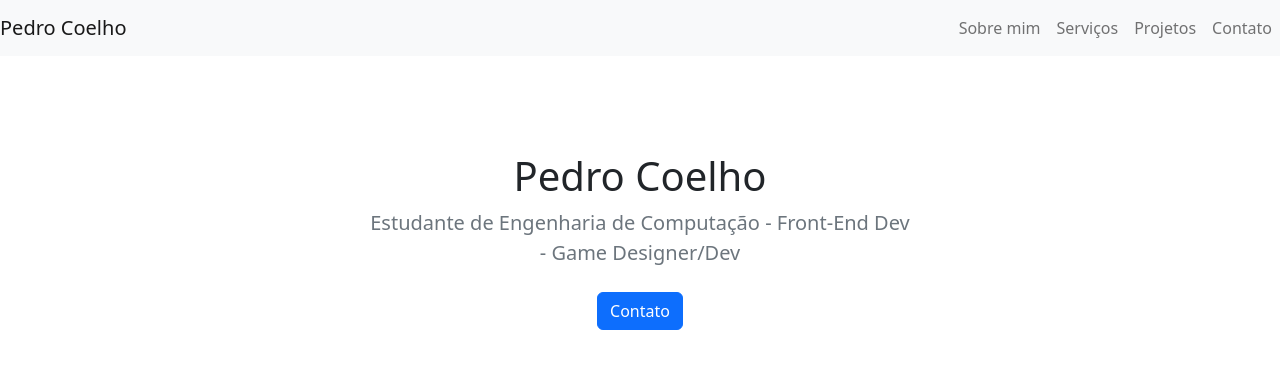
Repository: PedroHQCoelho/portfolio
Page: index.html
An editor plug-in stored every save of this project. The page is shown before and after the next save, followed by the edit.
The browser window is 1280 px wide. The pictures show the whole page.

Above is the page before, as saved 2022-05-24 19:07:46.

After the next save:
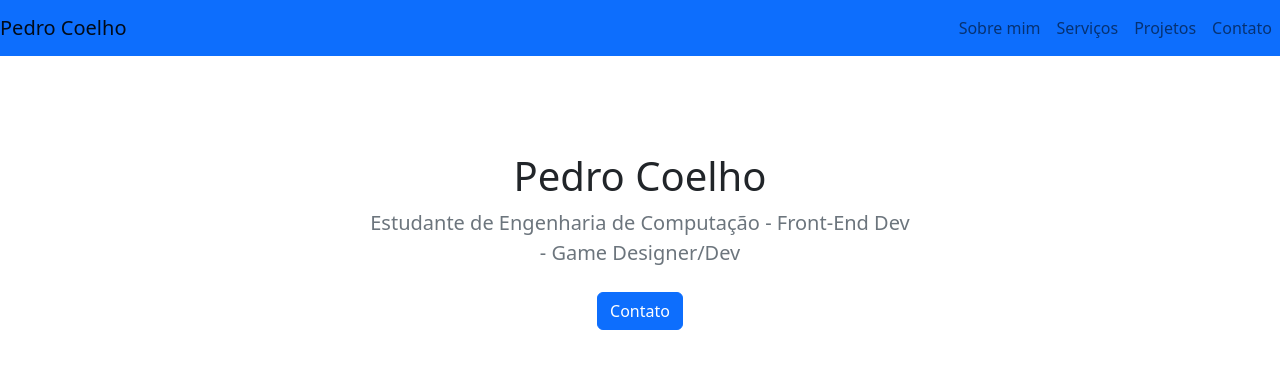
Saved 13 s later.
--- a/index.html
+++ b/index.html
@@ -12,7 +12,7 @@
     <link rel="stylesheet" href="style.css">
 </head>
 <body>
-    <nav class="navbar navbar-expand-lg navbar-primary bg-light">
+    <nav class="navbar navbar-expand-lg navbar-light bg-primary">
         <a class="navbar-brand" href="#">Pedro Coelho</a>
         <button class="navbar-toggler" type="button" data-toggle="collapse" data-target="#navbarSupportedContent" aria-controls="navbarSupportedContent" aria-expanded="false" aria-label="Toggle navigation">
           <span class="navbar-toggler-icon"></span>
